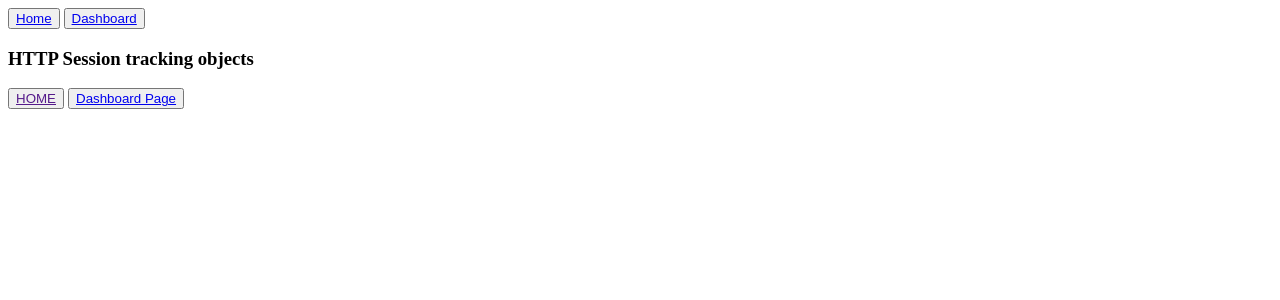
Repository: harshithkandula/Myfirstpractice
Page: SessionTrackingDemo/src/main/webapp/index.html
An editor plug-in stored every save of this project. The page is shown before and after the next save, followed by the edit.
The browser window is 1280 px wide. The pictures show the whole page.

Above is the page before, as saved 2024-02-10 14:24:18.

After the next save:
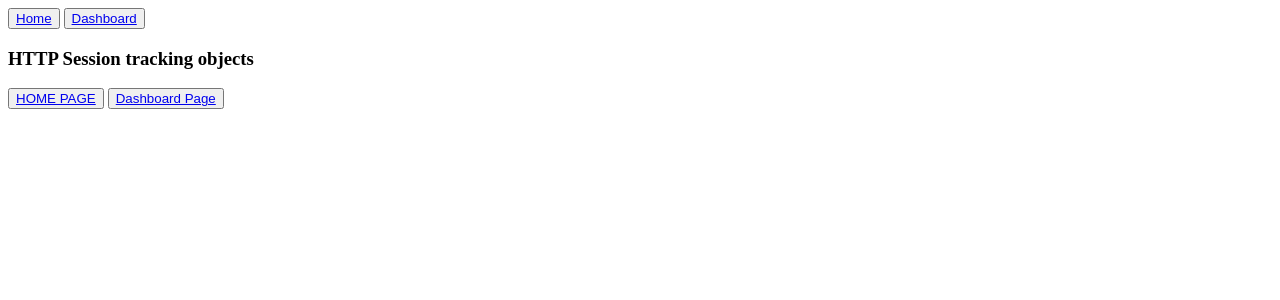
Saved 10 s later.
--- a/SessionTrackingDemo/src/main/webapp/index.html
+++ b/SessionTrackingDemo/src/main/webapp/index.html
@@ -16,7 +16,7 @@
       <h3>HTTP Session tracking objects</h3>
 
       <button>
-         <a href="">HOME</a>
+         <a href="HOME">HOME PAGE</a>
       </button>
 
       <button>
